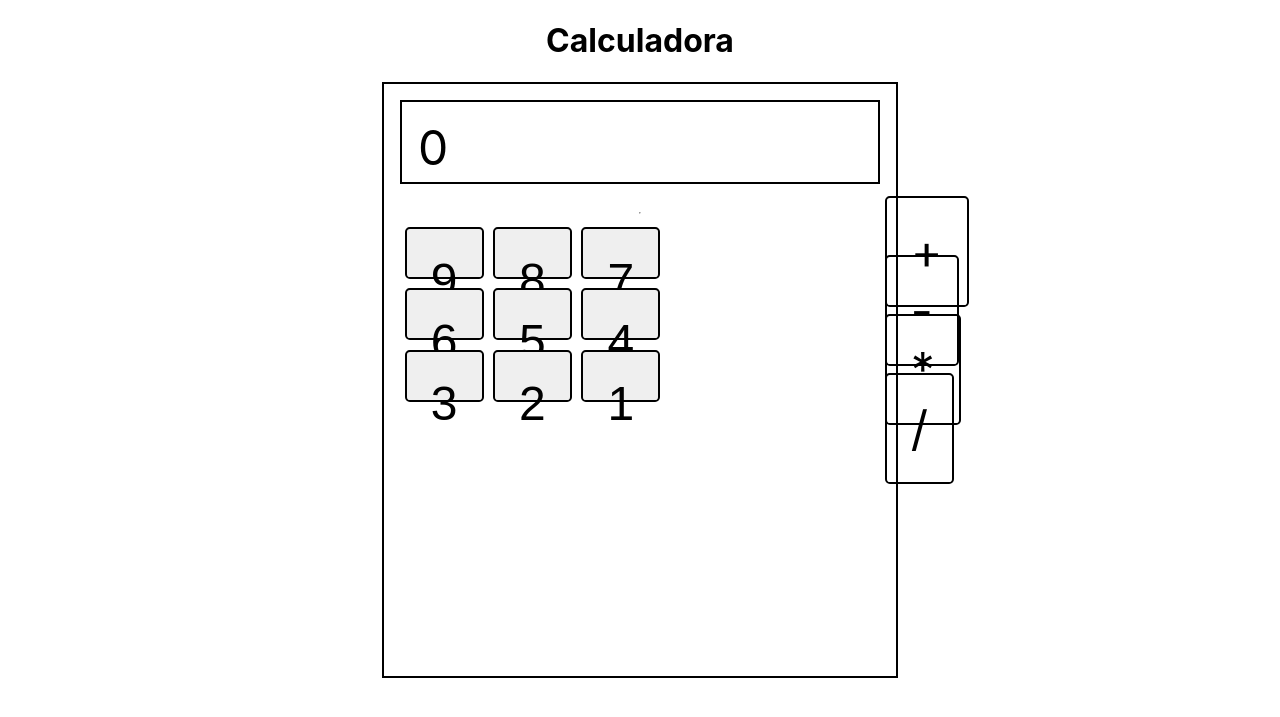
Repository: yamaka/curso-react-febrero-2022
Page: /
An editor plug-in stored every save of this project. The page is shown before and after the next save, followed by the edit.
The browser window is 1280 px wide. The pictures show the whole page.
The project was rebuilt for these pictures with package versions that can differ from the ones it lists, and the page was loaded fresh each time. Also part of the build but not shown: src/App.css, src/components/Zanahoria/Zanahoria.css, src/components/Zanahoria/Zanahoria.js, src/components/Zanahorias/Zanahorias.js, src/components/Lechuga/Lechuga.css, src/components/Lechuga/Lechuga.js, src/components/Calculadora/Calculadora.css, src/components/Calculadora/Calculadora.js and 4 more.

Above is the page before, as saved 2022-03-02 18:39:42.

After the next save:
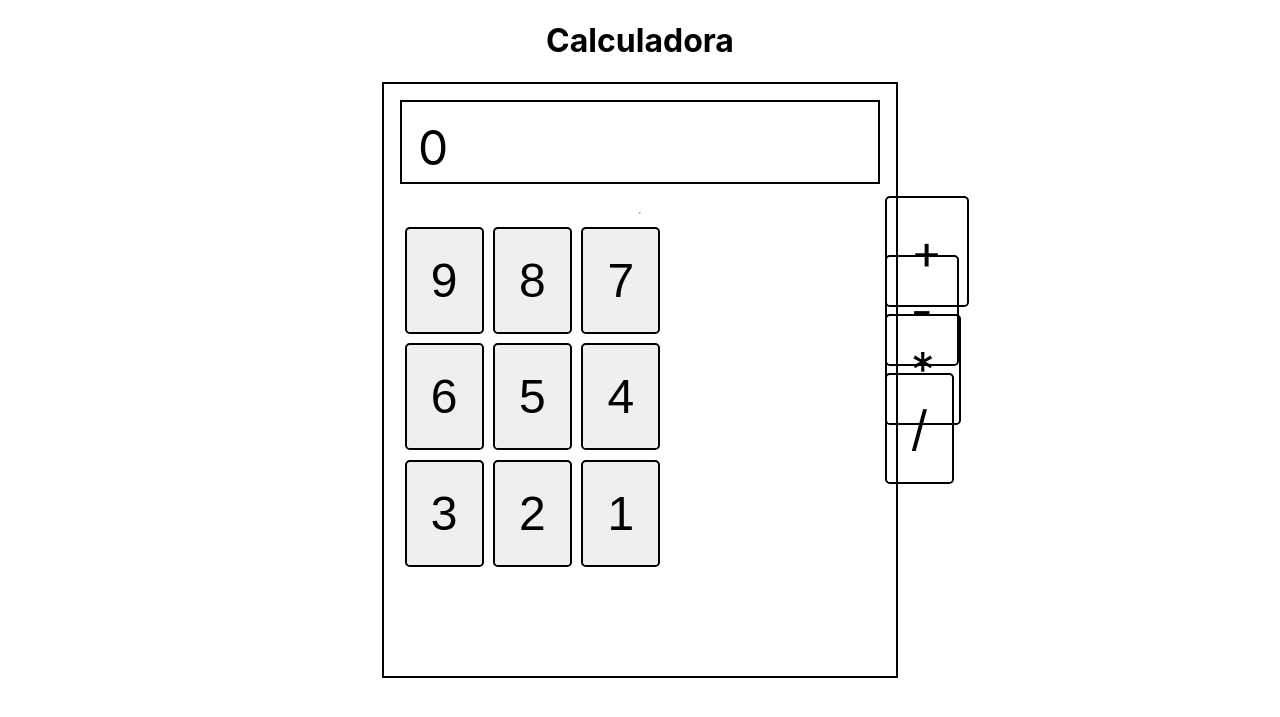
Saved 21 s later.
--- a/src/hooks/components/BotonNumerico/BotonNumerico.css
+++ b/src/hooks/components/BotonNumerico/BotonNumerico.css
@@ -3,6 +3,6 @@
   padding: 1.5rem;
   border-radius: 0.3rem;
   font-size: 3rem;
-  height: 2rem;
+
   margin: 0.3rem;
 }
